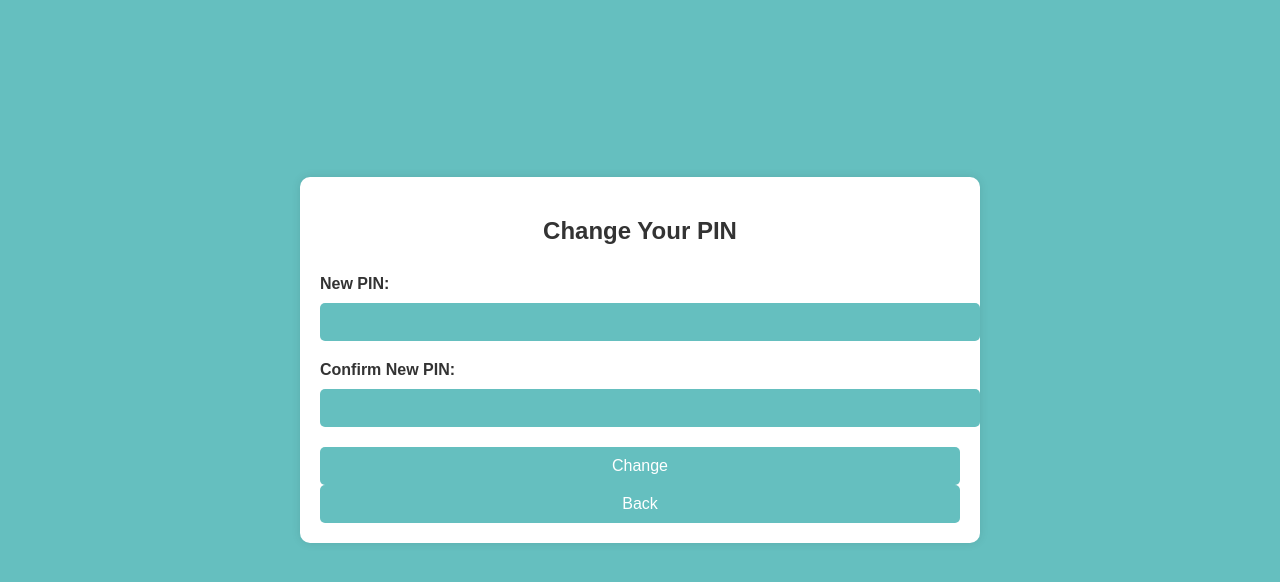
Repository: gauravraj08/bankingSystemJspServlet
Page: http://localhost/BankMangementSystem/pin.jsp
These files come from the project's save history. The page is drawn as it stood at one moment and after the next save; the edit follows.
The browser window is 1280 px wide. The pictures show the whole page.
The page is served by Tomcat 9. Other server files are loaded and not shown.

Above is the page before, as saved 2024-04-19 06:28:13.

### BankMangementSystem/src/main/webapp/pin.jsp
<%@ page language="java" contentType="text/html; charset=UTF-8" pageEncoding="UTF-8"%>
<!DOCTYPE html>
<html lang="en">
<head>
    <meta charset="UTF-8">
    <meta name="viewport" content="width=device-width, initial-scale=1.0">
    <title>Change PIN - Bank Management System</title>
    <style>
        body {
            background-color: #65BFBF;
            font-family: Arial, sans-serif;
            display: flex;
            justify-content: center;
            align-items: center;
            height: 100vh;
            margin: 0;
        }

        .container {
            width: 50%;
            padding: 20px;
            background-color: #fff;
            border-radius: 10px;
            box-shadow: 0 0 10px rgba(0, 0, 0, 0.1);
        }

        h2 {
            text-align: center;
            margin-bottom: 30px;
            color: #333;
        }

        label {
            display: block;
            margin-bottom: 10px;
            color: #333;
            font-weight: bold;
        }

        input[type="password"] {
            width: 100%;
            padding: 10px;
            margin-bottom: 20px;
            border: none;
            border-radius: 5px;
            background-color: #65BFBF;
            color: #fff;
            font-size: 16px;
        }

        button {
            width: 100%;
            padding: 10px;
            border: none;
            border-radius: 5px;
            background-color: #65BFBF;
            color: #fff;
            font-size: 16px;
            cursor: pointer;
            transition: background-color 0.3s ease;
        }

        button:hover {
            background-color: #4D9F9F;
        }
    </style>
</head>
<body>
    <div class="container">
        <h2>Change Your PIN</h2>
        <form action="PinServlet" method="post">
            <label for="newPin">New PIN:</label>
            <input type="password" id="newPin" name="newPin" required>
            <label for="confirmPin">Confirm New PIN:</label>
            <input type="password" id="confirmPin" name="confirmPin" required>
            <button type="submit">Change</button>
        </form>
        <form action="MainClassServlet" method="get">
            <button type="submit">Back</button>
        </form>
    </div>
</body>
</html>

After the next save:
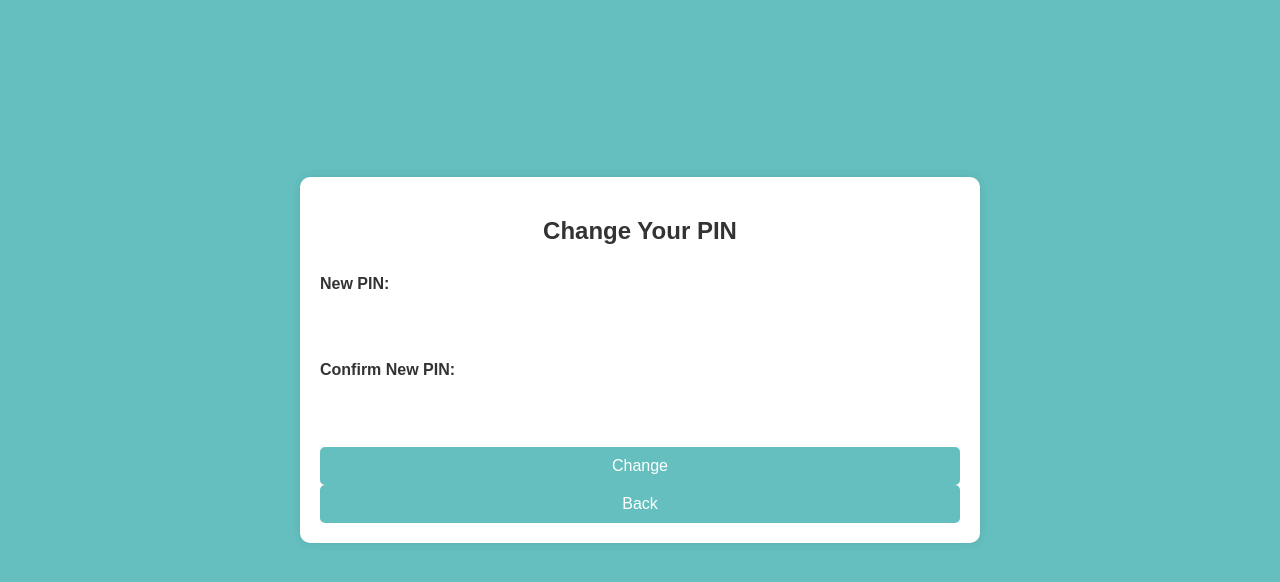
Saved 92 s later.
--- a/BankMangementSystem/src/main/webapp/pin.jsp
+++ b/BankMangementSystem/src/main/webapp/pin.jsp
@@ -43,7 +43,7 @@
             margin-bottom: 20px;
             border: none;
             border-radius: 5px;
-            background-color: #65BFBF;
+            background-color: #fff;
             color: #fff;
             font-size: 16px;
         }
